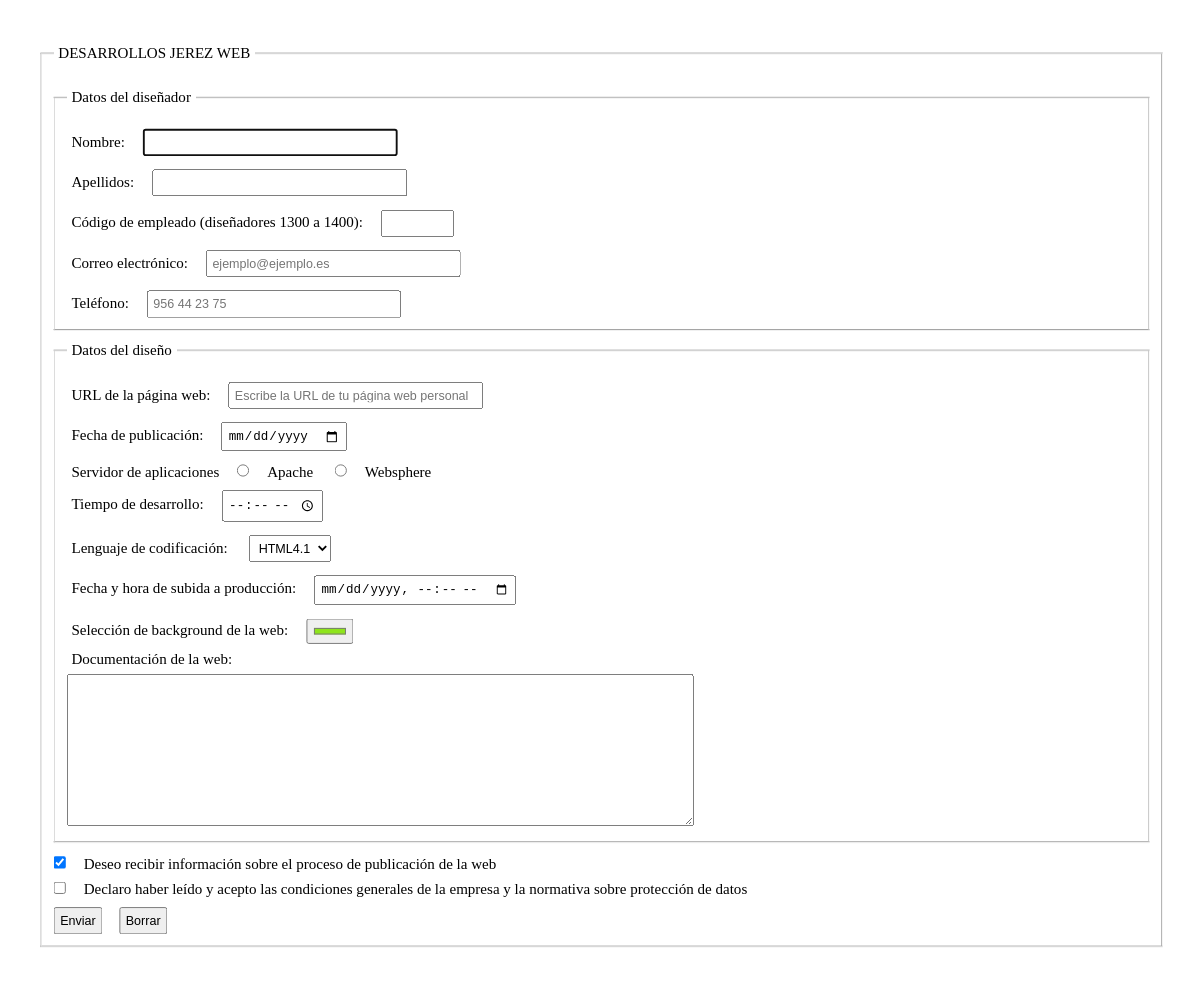
Repository: iSaan86/EV_Practica_FormularioCSS
Page: index.html
The author's editor kept a copy of each file at every save. The page is drawn from the files as they stood at one save, then again after the next save.
The browser window is 1280 px wide. The pictures show the whole page, at 94% of full size.

Above is the page before, as saved 2024-01-11 17:32:01.

After the next save:
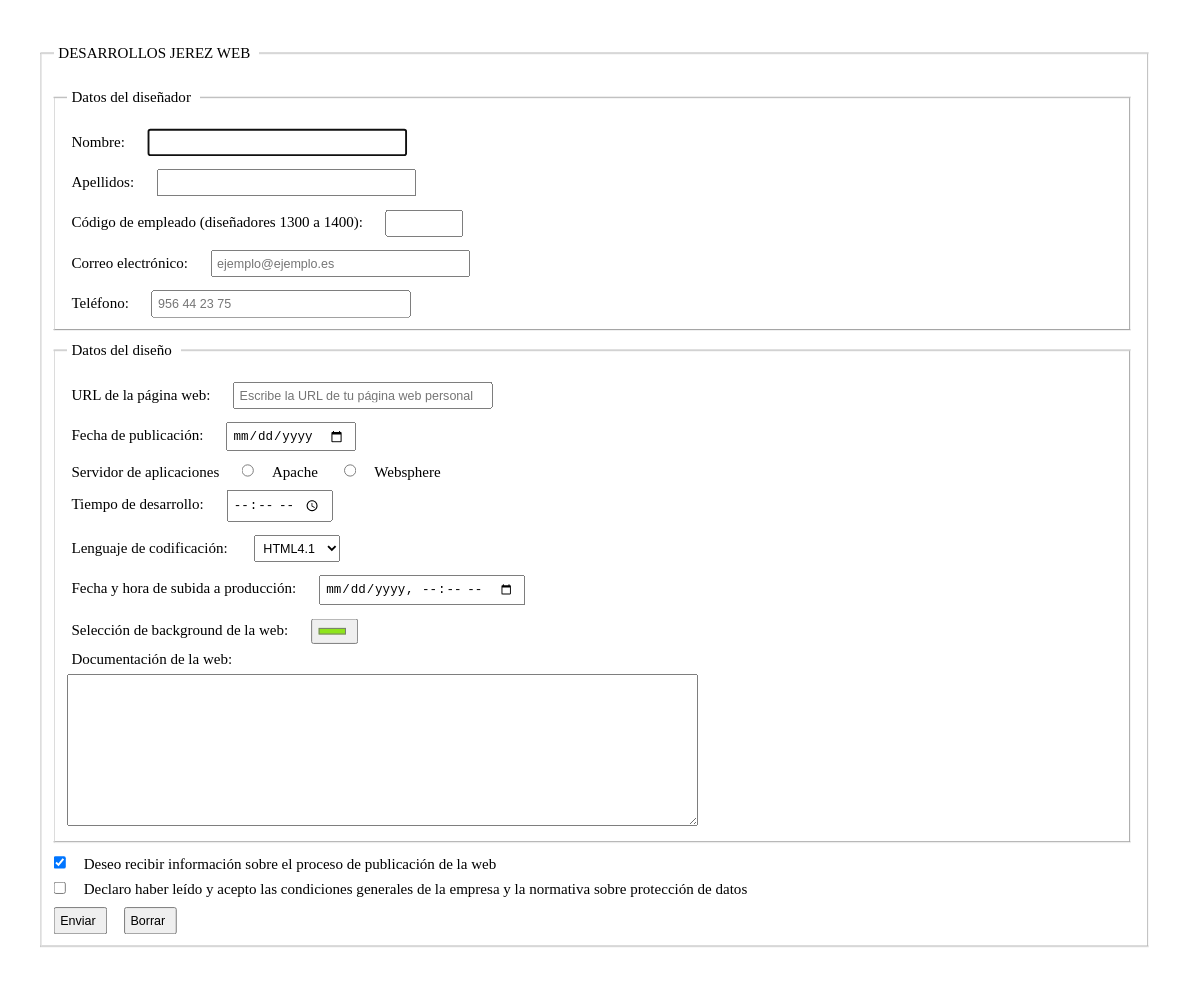
Saved 27 s later.
--- a/css/estilo.css
+++ b/css/estilo.css
@@ -4,4 +4,5 @@
 *{
     padding: 5px;
     margin:7px;
+    padding-right: 10px;
 }
